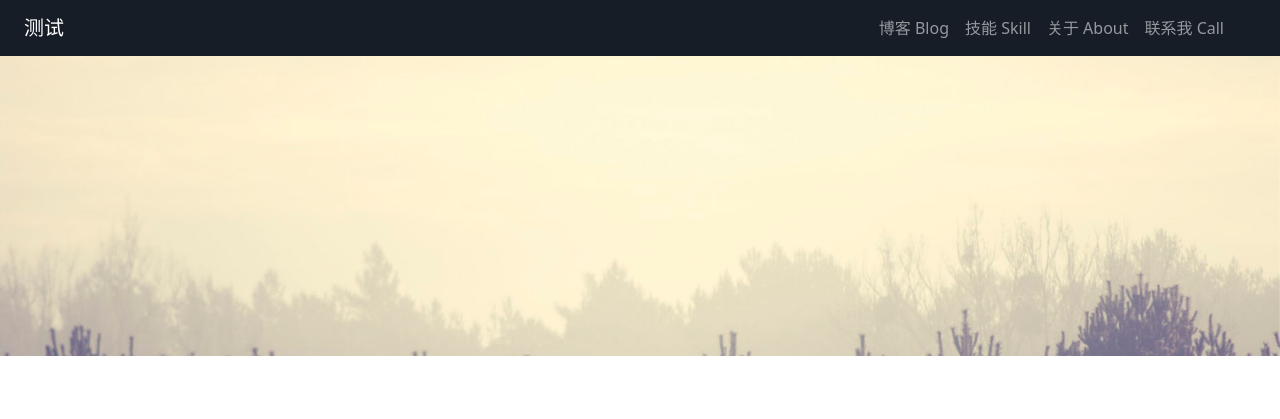
Repository: herjuandlonely/github.io
Page: index-blog.html
An editor plug-in stored every save of this project. The page is shown before and after the next save, followed by the edit.
The browser window is 1280 px wide. The pictures show the whole page.

Above is the page before, as saved 2022-06-29 17:55:34.

### index-blog.html
<!DOCTYPE html>
<html lang="en">
<head>
    <meta charset="UTF-8">
    <meta http-equiv="X-UA-Compatible" content="IE=edge">
    <meta name="viewport" content="width=device-width, initial-scale=1.0">
    <link rel="stylesheet" href="./bootstrap-4.6.1-dist/css/bootstrap.min.css">
    <link rel="stylesheet" href="./CSS/index-blog.css">
    <link rel="stylesheet" href="./CSS/normalize.css">
    <link rel="stylesheet" href="./icon/font_3484823_t6q6q64gri/iconfont.css">
    <script src="./bootstrap-4.6.1-dist/js/bootstrap.bundle.min.js"></script>
    <title>何亚Herju- Blog -抛弃35岁员工是一种罪</title>
</head>
<body>
    <!-- nav start -->
    <div class="container-fluid px-0 shadow navbarControl">
        <nav class="navbar navbar-expand-md navbar-dark navbarBg">
            <div class="container-fluid px-4">

                <a href="https://herjuandlonely.github.io/github.io/" class="navbar-brand">测试</a>
                <button class="navbar-toggler" data-bs-toggle="collapse" data-bs-target="#foldBtn">
                    <span class="navbar-toggler-icon"></span>
                </button>
                <div class="collapse navbar-collapse" id="foldBtn">
                    <ul class="navbar-nav ms-auto me-4 navbarCli">
                        <li class="nav-item text-center">
                            <a class="nav-link fw-lighter" href="index.html#bk">博客 Blog</a>
                        </li>
                        <li class="nav-item text-center">
                            <a class="nav-link fw-lighter" href="index.html#jn">技能 Skill</a>
                        </li>
                        <li class="nav-item text-center">
                            <a class="nav-link fw-lighter" href="index.html#ab">关于 About</a>
                        </li>
                        <li class="nav-item text-center">
                            <a class="nav-link fw-lighter" href="index.html#lx">联系我 Call</a>
                        </li>
                    </ul>
                </div>
            </div>
        </nav>
    </div>
    <!-- nav end -->

    <!-- baneer start -->
    <div class="banner"></div>
    <!-- baneer start -->

    <script src="./JS/index-blog.js"></script>
</body>
</html>

### CSS/index-blog.css
.navbarControl a{
    cursor: pointer;
}
.navbarBg{
    background-color: #161d27;
}
.banner{
    background: url(../image/overlay-bg.jpg) no-repeat center center;
    height: 300px;
    background-attachment: fixed;
    background-size: cover;

}

### icon/font_3484823_t6q6q64gri/iconfont.css
@font-face {
  font-family: "iconfont"; /* Project id 3484823 */
  src: url('iconfont.woff2?t=1656149880118') format('woff2'),
       url('iconfont.woff?t=1656149880118') format('woff'),
       url('iconfont.ttf?t=1656149880118') format('truetype');
}

.iconfont {
  font-family: "iconfont" !important;
  font-size: 16px;
  font-style: normal;
  -webkit-font-smoothing: antialiased;
  -moz-osx-font-smoothing: grayscale;
}

.icon-QQ:before {
  content: "\e882";
}

.icon-weixin:before {
  content: "\e8bb";
}

### JS/index-blog.js
(function(){
    const myBlog = {
        $: (ele) => {
            return document.querySelectorAll(ele);
        },
        "isHide": function () {
            let oldScrollTop = 0;
            let isHide = this.$('.navbarControl')[0];
            const navbarCli = this.$('.navbarCli')[0].children;

            function scrollHide () {
                let scrollTop = window.pageYOffset || this.document.documentElement.scrollTop || this.document.body.scrollTop;
                let scrollSet = scrollTop - oldScrollTop;
                oldScrollTop = scrollTop;
                if (scrollSet < 0) {
                    isHide.classList.remove('showAndHide');
                } else {
                    isHide.classList.add('showAndHide');
                    foldBtn.classList.remove('show');
                }
            }

            window.addEventListener("scroll", scrollHide);

            for (let i = 0; i < navbarCli.length; i++) {
                navbarCli[i].onclick = function () {
                    window.removeEventListener("scroll", scrollHide);
                    isHide.classList.add('showAndHide');
                    foldBtn.classList.remove('show');
                    setTimeout(() => {
                        window.addEventListener("scroll", scrollHide);
                    }, 800)
                };
            };
        }
    }

    myBlog.isHide();
})()

Loaded but not shown: bootstrap-4.6.1-dist/css/bootstrap.min.css (library); CSS/normalize.css (library); bootstrap-4.6.1-dist/js/bootstrap.bundle.min.js (library)

After the next save:
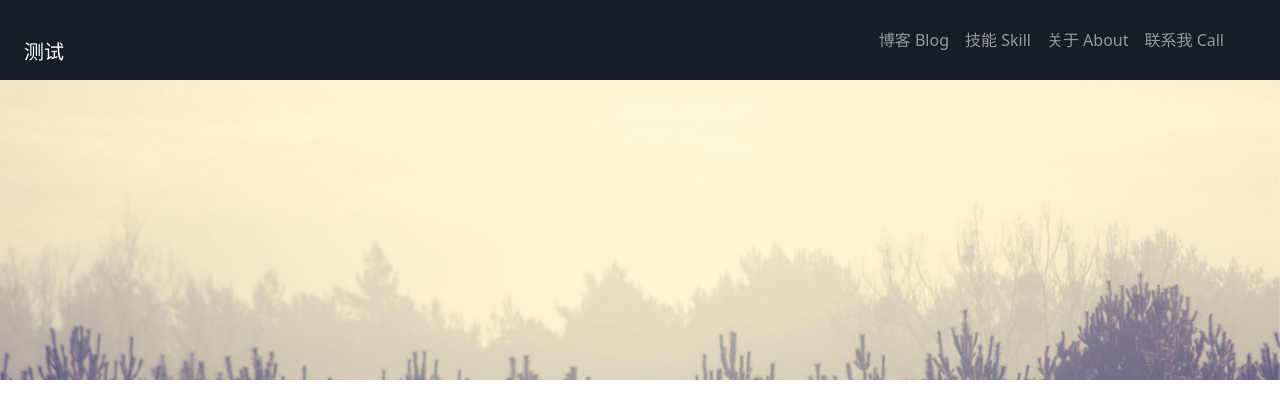
Saved 9 s later.
--- a/index-blog.html
+++ b/index-blog.html
@@ -17,7 +17,7 @@
         <nav class="navbar navbar-expand-md navbar-dark navbarBg">
             <div class="container-fluid px-4">
 
-                <a href="https://herjuandlonely.github.io/github.io/" class="navbar-brand">测试</a>
+                <a href="https://herjuandlonely.github.io/github.io/" class="navbar-brand mt-4">测试</a>
                 <button class="navbar-toggler" data-bs-toggle="collapse" data-bs-target="#foldBtn">
                     <span class="navbar-toggler-icon"></span>
                 </button>

After the save that followed:
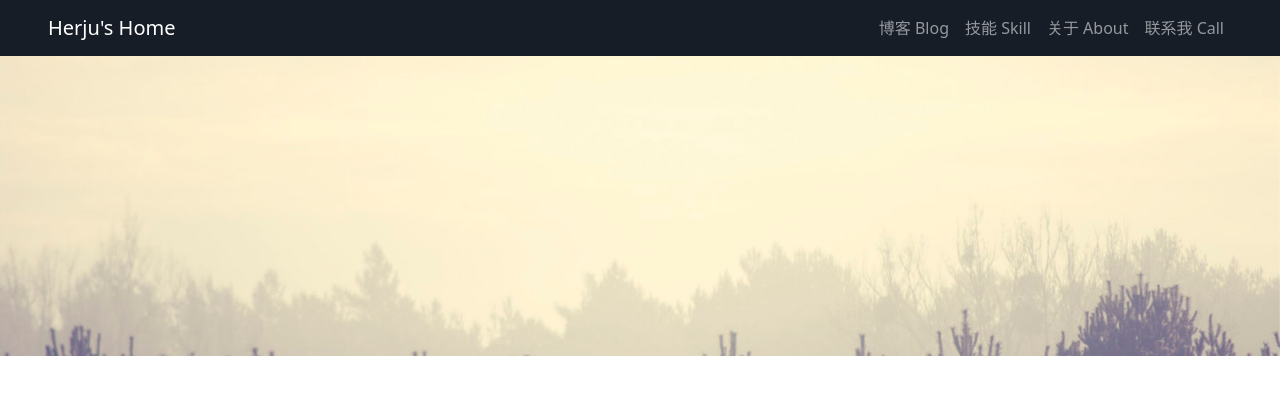
Saved 34 s later.
--- a/index-blog.html
+++ b/index-blog.html
@@ -17,7 +17,7 @@
         <nav class="navbar navbar-expand-md navbar-dark navbarBg">
             <div class="container-fluid px-4">
 
-                <a href="https://herjuandlonely.github.io/github.io/" class="navbar-brand mt-4">测试</a>
+                <a href="https://herjuandlonely.github.io/github.io/" class="navbar-brand ms-4">Herju's Home</a>
                 <button class="navbar-toggler" data-bs-toggle="collapse" data-bs-target="#foldBtn">
                     <span class="navbar-toggler-icon"></span>
                 </button>
